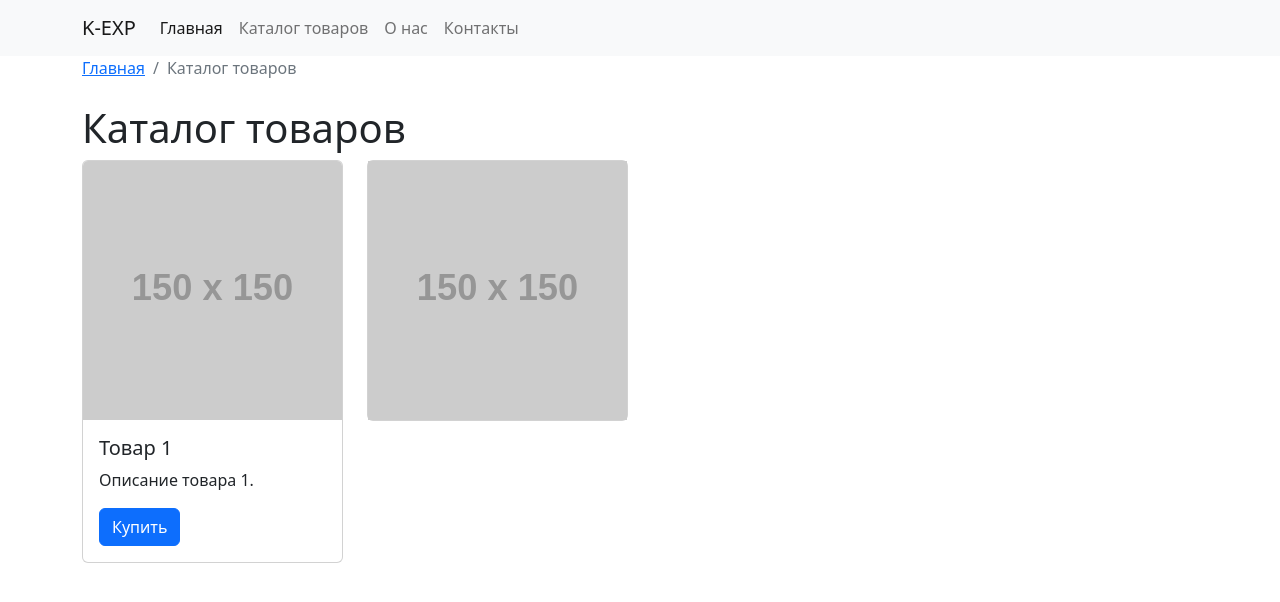
Repository: smartsoltech/kexp-shop
Page: main/catalog/templates/catalog/base.html
These files come from the project's save history. The page is drawn as it stood at one moment and after the next save; the edit follows.
The browser window is 1280 px wide. The pictures show the whole page.
The template is drawn by Django 4.2. The application's start-up code is not run. The template is opened directly, without the code that normally fills it, so the values that code supplies are empty.

Above is the page before, as saved 2023-03-14 13:43:39.

After the next save:
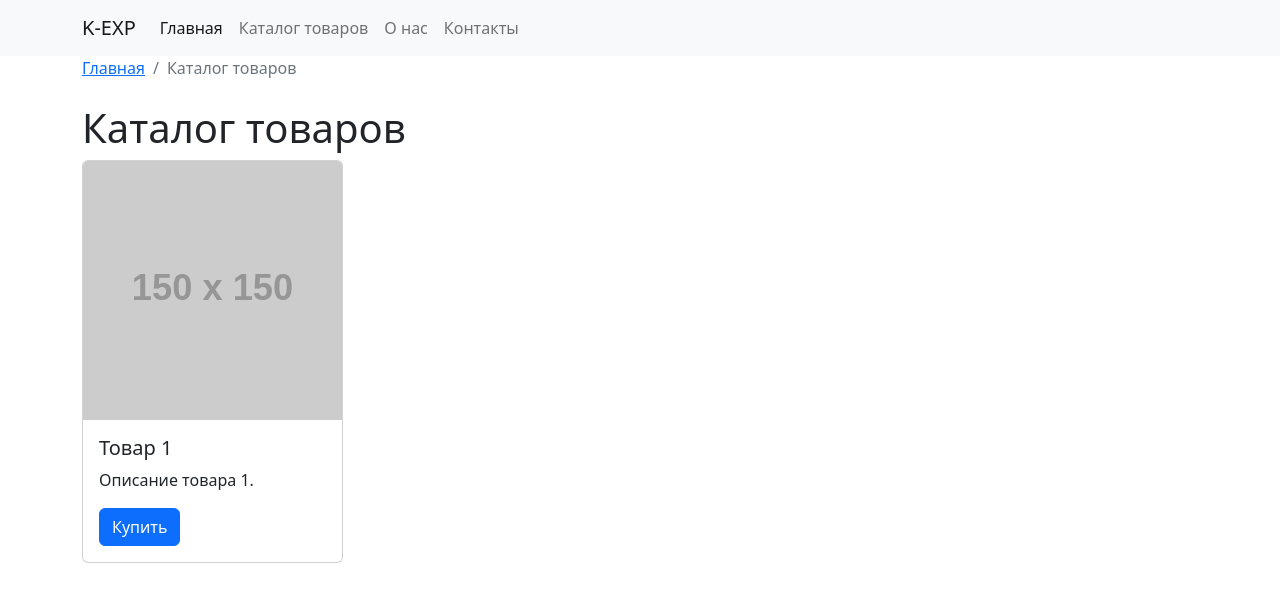
Saved 41 s later.
--- a/main/catalog/templates/catalog/base.html
+++ b/main/catalog/templates/catalog/base.html
@@ -58,6 +58,3 @@
           </div>
         </div>
       </div>
-      <div class="col-md-3">
-        <div class="card">
-          <img src="https://via.placeholder.com/150">
